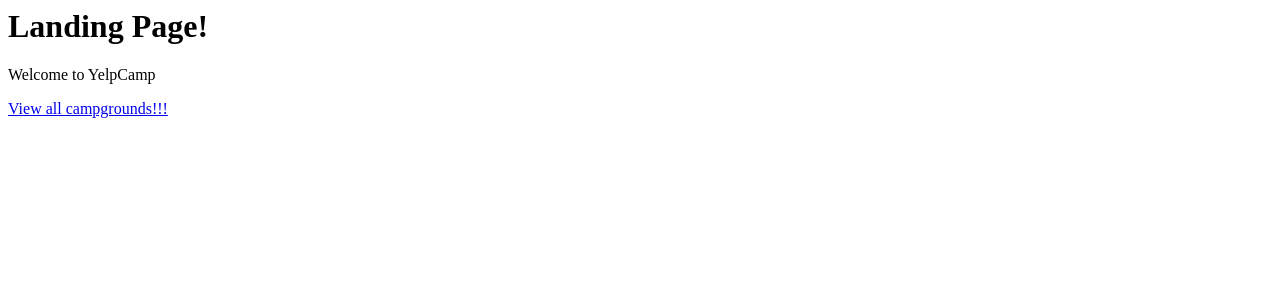
Repository: manojsatya/YelpCamp
Page: http://localhost/
These files come from the project's save history. The page is drawn as it stood at one moment and after a run of saves; the edit follows.
The browser window is 1280 px wide. The pictures show the whole page.
The page is served by the project's Node server (app.js).

Above is the page before, as saved 2019-06-14 10:02:29.

### views/landing.ejs
<h1> Landing Page! </h1>

<p>Welcome to YelpCamp</p>


<a href="/campgrounds"> View all campgrounds!!!</a>

### app.js
var express = require("express");
var app = express();

app.set("view engine", "ejs");

app.get("/", function(req, res){
    res.render("landing");
});

app.get("/campgrounds", function(req, res){
    var campgrounds = [
        {name: "Manoj Satya", image: "https://mk0theadventuregfnyq.kinstacdn.com/wp-content/uploads/Tips-for-Hiking-and-Camping-in-the-Snow-3.jpg"},
        {name: "Shradha Shiv", image: "https://www.michigan.org/sites/default/files/styles/15_6_desktop/public/camping-hero_0_0.jpg?itok=mgGs0-vw&timestamp=1520373602"},
        {name: "Meghana", image: "https://taosmountainoutfitters.com/wp-content/uploads/2018/09/camping_fullsize_story1.jpg"}
    ]

    res.render("campgrounds",{campgrounds:campgrounds});
});


app.listen(3000, function(){
    console.log("The YelpCamp Server has started");
});

Loaded but not shown: views/partials/header.ejs (common file); views/partials/footer.ejs (no stored copy; drawn as an empty file)

After the next 2 saves:
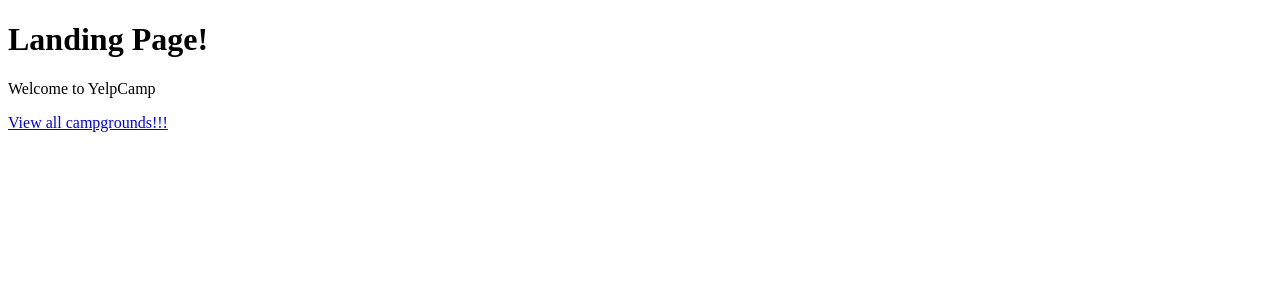
The 2 saves are shown as one change because 1 did not build or start.
The last was saved 2 min 35 s later.
--- a/views/landing.ejs
+++ b/views/landing.ejs
@@ -1,6 +1,10 @@
+<% include partials/header %>
+
 <h1> Landing Page! </h1>
 
 <p>Welcome to YelpCamp</p>
 
 
 <a href="/campgrounds"> View all campgrounds!!!</a>
+
+<% include partials/footer %>
